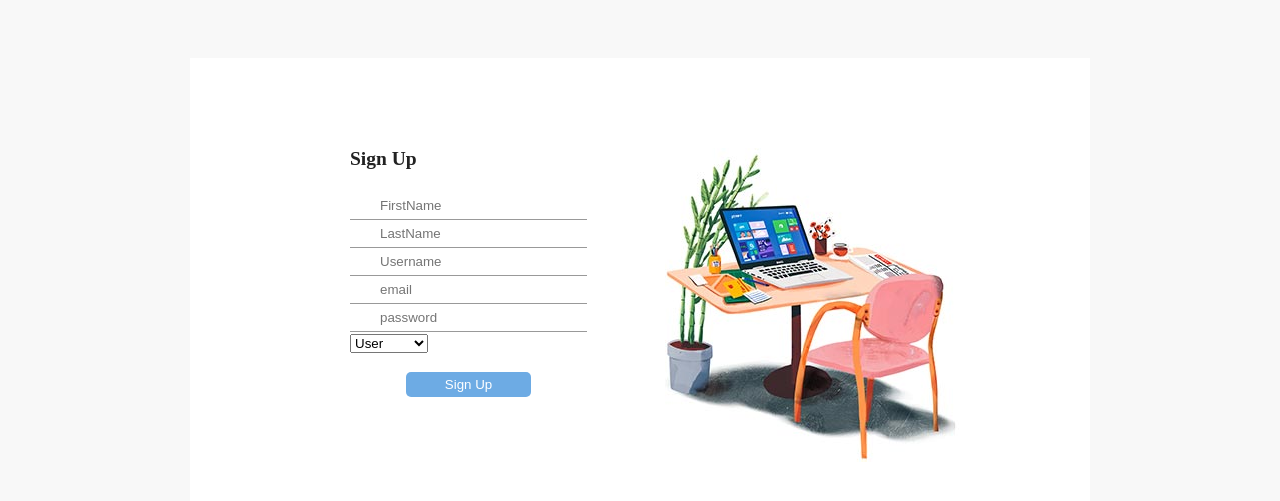
Repository: PhuongHuynh9987/Shopaholic-Ecommerce
Page: http://localhost/Shopaholic/createaccount.jsp
The author's editor kept a copy of each file at every save. The page is drawn from the files as they stood at one save, then again after the next save.
The browser window is 1280 px wide. The pictures show the whole page.
The page is served by Tomcat 9. Other server files are loaded and not shown.

Above is the page before, as saved 2024-01-28 19:32:23.

### Shopaholic/src/main/webapp/createaccount.jsp
<%@ page language="java" contentType="text/html; charset=ISO-8859-1"
	pageEncoding="ISO-8859-1"%>
<!DOCTYPE html>
<html>
<head>

<meta name = "viewport"
	content = "width = device-width, initial-scale=1, shrink-to-fit=no" />
<meta name="author" content = "" />

<!-- Favicon -->
<link rel = "icon" type = "image/x-icon" href = "asset/favicon.ico"/>
<!-- Font Awesome icons (free version) -->
<script src="https://use.fontawesome.com/releases/v5.15.4/js/all.js" crossorigin = "anonymous"></script>
<!--Google fonts  -->
<link href = "https://fonts.googleapis.com/css?family=Montserrat:400,700" rel="stylesheet" type = text/css />
<!-- Core theme CSS (bootstrap) -->
<link href = "style.css" rel="stylesheet"/>
<meta charset="ISO-8859-1">
<title>Signing Up</title>
</head>
<body>
	<div class = 'main'>
		<section class = "sign-up">
			<div class = "container">
				<div class = "signup-content">
					<div class="signup-form">
						<h2 class = 'form-title'>Sign Up</h2>

						<form method = "POST" action = "SignUpServlet" class = "register-form" id = "signup-form">

							<!-- First Name -->
							<div class ="form-group">
								<label for="FirstName">
									<i class=""></i></label>
									<input type="text" name="FirstName" id="FirstName"
									placeholder = "FirstName"/>
							</div>

							<!-- Last Name -->
							<div class ="form-group">
								<label for="LastName">
									<i class=""></i></label>
									<input type="text" name="LastName" id="LastName"
									placeholder = "LastName"/>
							</div>

							<!-- User Name -->
							<div class ="form-group">
								<label for="UserName">
									<i class=""></i></label>
									<input type="text" name="UserName" id="UserName"
									placeholder = "Username"/>
							</div>

							<% String UserName = (String) request.getAttribute("UserName");
							   request.getSession().setAttribute("UserName", UserName);
							%>

							<!-- Email -->
							<div class ="form-group">
								<label for="email">
									<i class=""></i></label>
									<input type="email" name="email" id="email"
									placeholder = "email"/>
							</div>

							<!-- Password -->
							<div class ="form-group">
								<label for="password">
									<i class=""></i></label>
									<input type="password" name="password" id="password"
									placeholder = "password"/>
							</div>

							<!-- User type -->
							<div class ="form-group">
								<select name="UserType">
										<option value="User">User</option>
										<option value="Merchant">Merchant</option>
										<option value="Admin">Admin</option>
								</select>
							</div>


							<!-- Submit button -->
							<div class="form-group form-button">
								<input type="submit" name = 'signin' id="signin" class ="form-submit" value ="Sign Up" />
							</div>
						</form>
					</div>
					<div class = "signup-image">
						<figure>
							<img src = "images/signup-image.jpg" alt="sign up image">
						</figure>
					</div>
				</div>
			</div>
		</section>
	</div>

	<!-- <div align="center">
		<h1>Please enter your info below to create an account.</h1>
		<form action="SignUpServlet" method="POST">
			<table style="with: 80%">
				<tr>
					<td>ID</td>
					<td><input type="text" name="ID" /></td>
				</tr>
				<tr>
					<td>First Name</td>
					<td><input type="text" name="FirstName" /></td>
				</tr>
				<tr>
					<td>Last Name</td>
					<td><input type="text" name="LastName" /></td>
				</tr>
				<tr>
					<td>User Name</td>
					<td><input type="text" name="UserName" /></td>
				</tr>
				<tr>
					<td>UserPassword</td>
					<td><input type="password" name="UserPassword" /></td>
				</tr>
				<tr>
					<td>Select UserType</td>
					<td><select name="UserType">
							<option value="User">User</option>
							<option value="Merchant">Merchant</option>
					</select>
			</table>
			<h1></h1>
			<input type="submit" value="Create"/>
		</form>
	</div> -->
</body>
</html>

### Shopaholic/src/main/webapp/style.css
@charset "UTF-8";

/* input, select, textarea {
  outline: none;
  appearance: unset !important;
  -moz-appearance: unset !important;
  -webkit-appearance: unset !important;
  -o-appearance: unset !important;
  -ms-appearance: unset !important; } */


 /* Global */
html {
	box-sizing: border-box;
	margin: 0;
	padding:0;
	width:100%;
}

a{
  color : black;
}


button {
   padding: 0.4rem;
   border: 2px solid grey;
   background: #fff;
   color: grey;
   border-radius: 10px;
  }

figure {
  margin-bottom: 50px;
  text-align: center; }

img {
  max-width: 100%;
  height: auto; }


.main {
  padding: 50px 0;
}

body {
  font-size: 13px;
  line-height: 1.8;
  color: #222;
  background: #f8f8f8;
  font-weight: 400;
  font-family: Poppins;
  }

 input, select, textarea {
  	outline: none;
  }




  /* Nav Bar */
 .navbar {
  display: flex;
  background: #fff;
  gap: 1rem;
  justify-content: center;
  align-items: center;
  width:100%;
 }

 .logo img {
 	width: 2.4rem;
 	margin:0;
 	padding:0;
 }

 .logo {
  overflow: fit-content;
 }

 .searchbar {
  width: 70%;
 }



  /* Body for sign up and log in*/
 .container {
 	width: 900px;
 	background: #fff;
 	margin: 0 auto;
 }

 .signin-content, .signup-content {
  display: flex;
  display: -webkit-flex;
  padding-top: 67px;
  padding-bottom: 87px;
 }

.signin-image, .signup-image {
	width: 50%;
	overflow:hidden;
  	margin-top: 10px;
}

.signin-form {
  margin-right: 15rem;
  }

.signup-form {
   margin-left: 10rem;
 }

 #signin {
  margin-top: 16px;
 }

 .signin-image-link,
 .signup-image-link {
  font-size: 14px;
  color: #222;
  display: block;
  text-align: center;
 }

/* label {
  position: absolute;
  left: 0;
  top: 50%;
  color: #222;
 }  */


 input {
  width: 100%;
  display: block;
  border: none;
  border-bottom: 1px solid #999;
  padding: 6px 30px;
  box-sizing: border-box;
}

.form-button {
  text-align: center; }


.form-submit {
  display: inline-block;
  background: #6dabe4;
  color: #fff;
  border-bottom: none;
  width: auto;
  padding: 5px 39px;
  border-radius: 5px;
  -moz-border-radius: 5px;
  -webkit-border-radius: 5px;
  -o-border-radius: 5px;
  -ms-border-radius: 5px;
  margin-top: 25px;
  cursor: pointer; }

.form-submit:hover {
   background: #4292dc; }



  /* User home page */

  .product-area {
   display: grid;
  	grid-template-columns: 1.5fr 1.5fr 1.5fr;
  	margin:4rem;
  	gap: 2rem;
  }

  .product {
  	box-shadow: 0 0.1px  1px  0.03px grey;
  	padding: 10px;
  	text-align: center;
  }

  .product img {
  	 width: 1.5fr;
  	/* width: 12rem; */
  	height: 10rem;
  	overflow: hidden;
  }

  .product-bottom {
  	display:flex;
  	justify-content: center;
  	align-items: center;
  	justify-content:space-between;

  }

  /* Merchants */
.body {
  display: flex;
  flex-direction: column;
  justify-content: center;
  align-items:center;
  width: auto;
  }

After the next save:
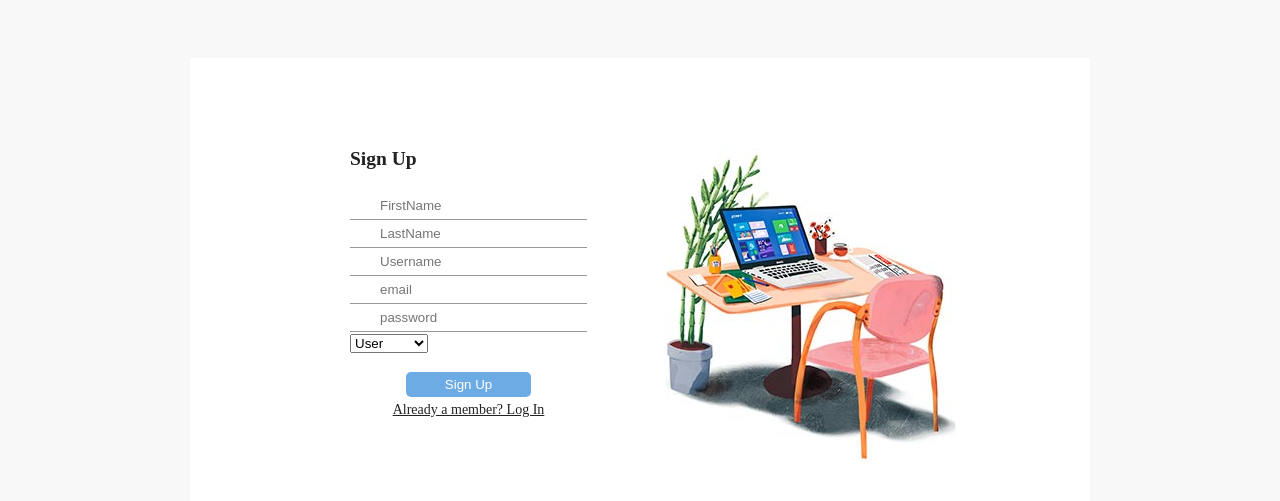
Saved 7 s later.
--- a/Shopaholic/src/main/webapp/createaccount.jsp
+++ b/Shopaholic/src/main/webapp/createaccount.jsp
@@ -88,6 +88,8 @@
 								<input type="submit" name = 'signin' id="signin" class ="form-submit" value ="Sign Up" />
 							</div>
 						</form>
+					<a href = "login.jsp" class = "signup-image-link">Already a member? Log In</a>
+
 					</div>
 					<div class = "signup-image">
 						<figure>
